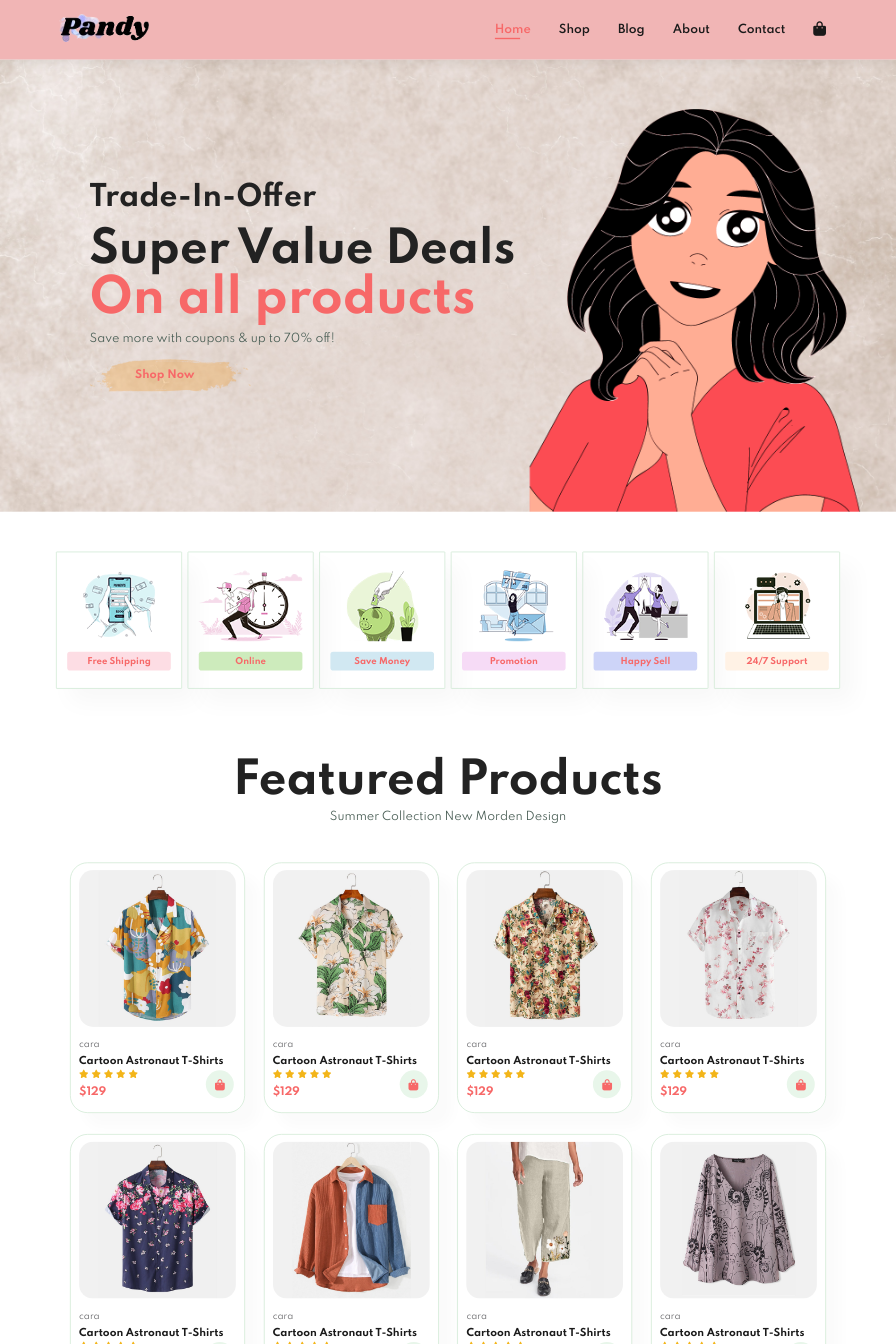
Repository: NassimeElkamari/Pandy-store-Frontend
Page: index.html
These files come from the project's save history. The page is drawn as it stood at one moment and after the next save; the edit follows.
The browser window is 1280 px wide. The pictures show the part of the page from y = 0 to 1920 px (the page is 3810 px tall before and 3817 px after), at 70% of full size.

Above is the page before, as saved 2024-10-05 12:29:31.

After the next save:
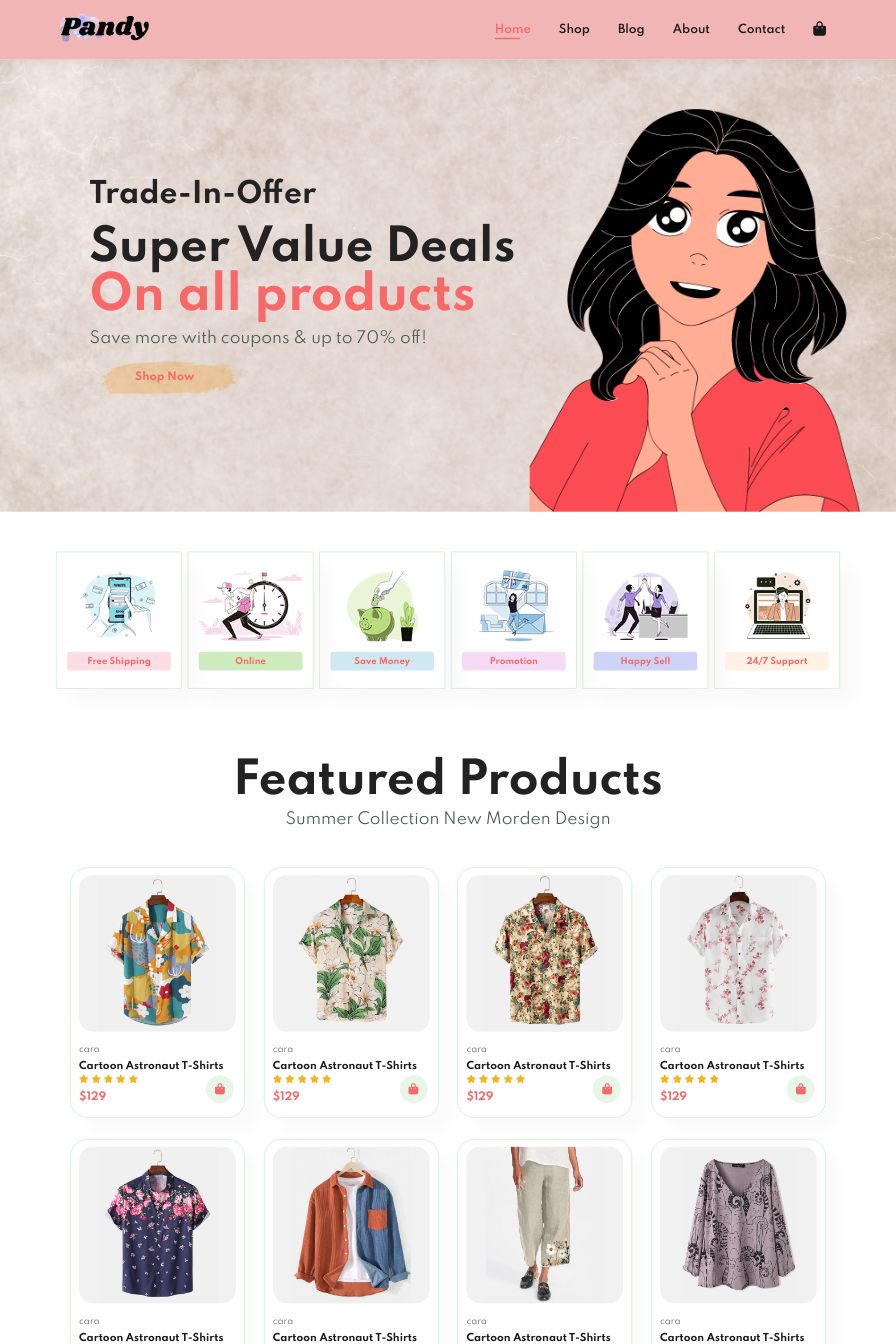
Saved 20 s later.
--- a/style.css
+++ b/style.css
@@ -43,7 +43,7 @@ h6 {
 }
 
 p {
-  font-size: 16px;
+  font-size: 22px;
   color: #465b52;
   margin: 15px 0 20px 0;
 }
